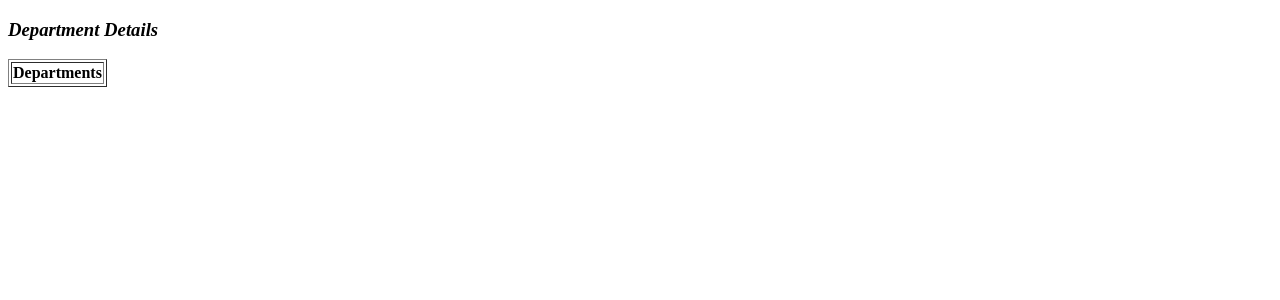
Repository: shubhamsingh331/Learners_Academy
Page: http://localhost/LearnersAcademy/Department/display.jsp
These files come from the project's save history. The page is drawn as it stood at one moment and after the next save; the edit follows.
The browser window is 1280 px wide. The pictures show the whole page.
The page is served by Tomcat 9. Other server files are loaded and not shown.

Above is the page before, as saved 2023-10-10 18:50:54.

### LearnersAcademy/src/main/webapp/Department/display.jsp
<%@page import="java.sql.ResultSet"%>
<%@page import="java.sql.PreparedStatement"%>
<%@page import="java.sql.DriverManager"%>
<%@page import="java.sql.Connection"%>
<%@ page language="java" contentType="text/html; charset=ISO-8859-1"
    pageEncoding="ISO-8859-1"%>
<!DOCTYPE html>
<html>
<head>
<meta charset="ISO-8859-1">
<title>Insert title here</title>
</head>
<body>
<h3><i>Department Details</i></h3>
<table border="1">
<tr><th>Departments</th></tr>
<%
String jdbcUrl = "jdbc:mysql://localhost:3306/StudentManagement1";
String dbUsername = "root";
String dbPassword = "123456";

    Class.forName("com.mysql.cj.jdbc.Driver");
    Connection conn = DriverManager.getConnection(jdbcUrl, dbUsername, dbPassword);
    String sql = "show tables";
    PreparedStatement ps = conn.prepareStatement(sql);
    ResultSet rs = ps.executeQuery();
    while(rs.next()){
    	%>
    	<tr><td><%=rs.getString(1) %></td></tr>
<%}%>

    </table>
</body>
</html>

After the next save:
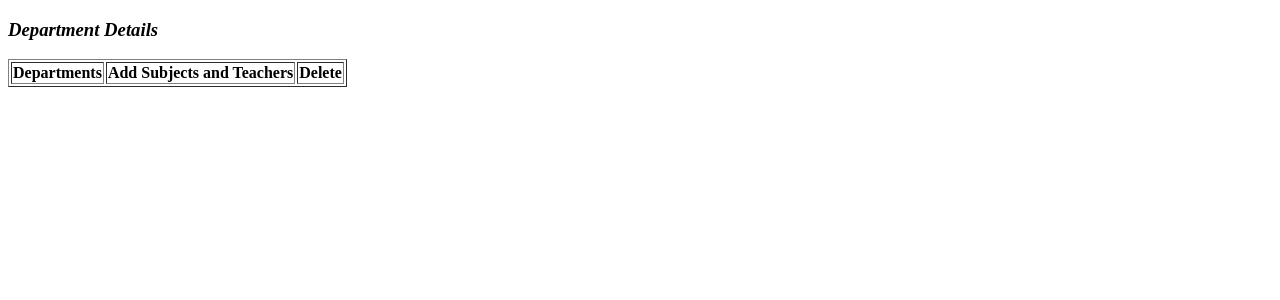
Saved 7 min 19 s later.
--- a/LearnersAcademy/src/main/webapp/Department/display.jsp
+++ b/LearnersAcademy/src/main/webapp/Department/display.jsp
@@ -13,7 +13,7 @@
 <body>
 <h3><i>Department Details</i></h3>
 <table border="1">
-<tr><th>Departments</th></tr>
+<tr><th>Departments</th><th>Add Subjects and Teachers</th><th>Delete</th></tr>
 <%
 String jdbcUrl = "jdbc:mysql://localhost:3306/StudentManagement1";
 String dbUsername = "root";
@@ -26,7 +26,7 @@ String dbPassword = "123456";
     ResultSet rs = ps.executeQuery();
     while(rs.next()){
     	%>
-    	<tr><td><%=rs.getString(1) %></td></tr>
+    	<tr><td><%=rs.getString(1) %></td><td>Subjects & Teachers</td><td>Delete</td></tr>
 <%}%>
 
     </table>
